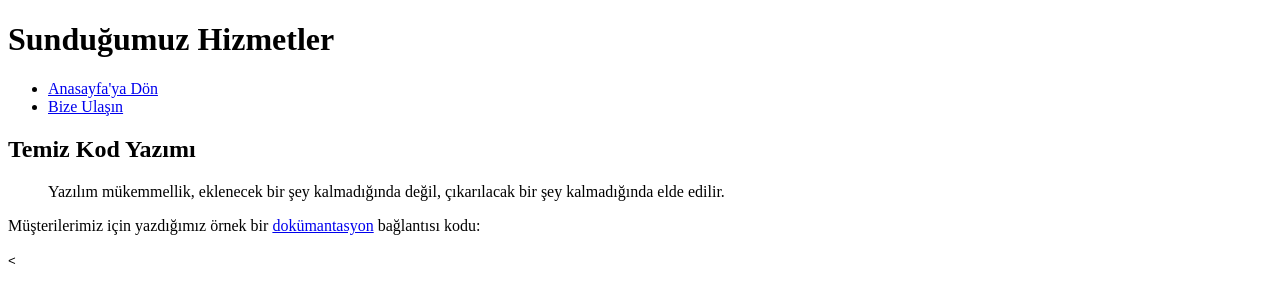
Repository: BeritanBlgn/web-yazilim-muhendisligi
Page: Modul_1/Ders_6/1.6.5_hizmetler.html
These files come from the project's save history. The page is drawn as it stood at one moment and after a run of saves; the edit follows.
The browser window is 1280 px wide. The pictures show the whole page.

Above is the page before, as saved 2026-10-21 01:26:56.

### Modul_1/Ders_6/1.6.5_hizmetler.html
<!DOCTYPE html>
<html lang="tr">
<head>
    <meta charset="UTF-8">
    <meta name="viewport" content="width=device-width, initial-scale=1.0">
    <meta name="description" content="Hizmetlerimizi kalite standartları arasında sunuyoruz">
    <title>Görev 3</title>
</head>
<body>
    <h1>
        Sunduğumuz Hizmetler
    </h1>
    <ul>
        <li><a href="./1.6.5_anasayfa.html" target="_blank">Anasayfa'ya Dön</a></li>
        <li><a href="./1.6.5_iletisim.html" target="_blank">Bize Ulaşın</a></li>
    </ul>
    <h2>
        Temiz Kod Yazımı
    </h2>
    <blockquote>
        Yazılım mükemmellik, eklenecek bir şey kalmadığında değil, çıkarılacak bir şey kalmadığında elde edilir.
    </blockquote>
    <p>
        Müşterilerimiz için yazdığımız örnek bir <a href="#">dokümantasyon</a> bağlantısı kodu:
    </p>
    <code>
        &lt; <a
    </code>
</body>
</html>

After the next 5 saves:
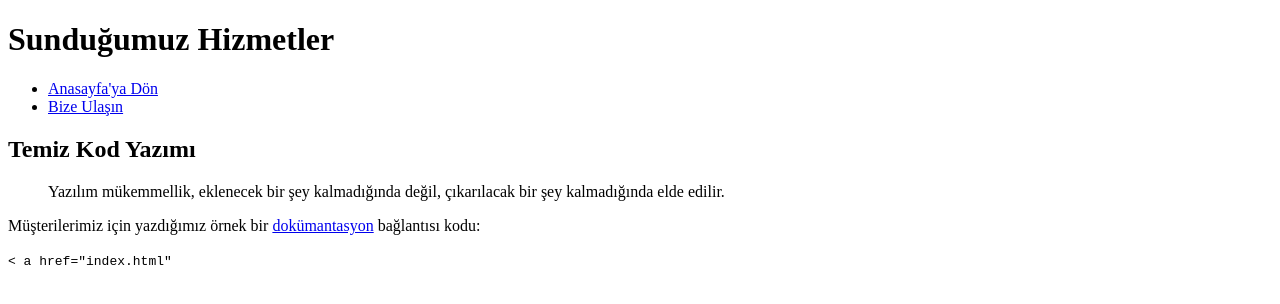
The 5 saves are shown as one change because they came seconds apart.
The last was saved 13 s later.
--- a/Modul_1/Ders_6/1.6.5_hizmetler.html
+++ b/Modul_1/Ders_6/1.6.5_hizmetler.html
@@ -24,7 +24,7 @@
         Müşterilerimiz için yazdığımız örnek bir <a href="#">dokümantasyon</a> bağlantısı kodu:
     </p>
     <code>
-        &lt; <a
+        &lt; a href="index.html"
     </code>
 </body>
 </html>
